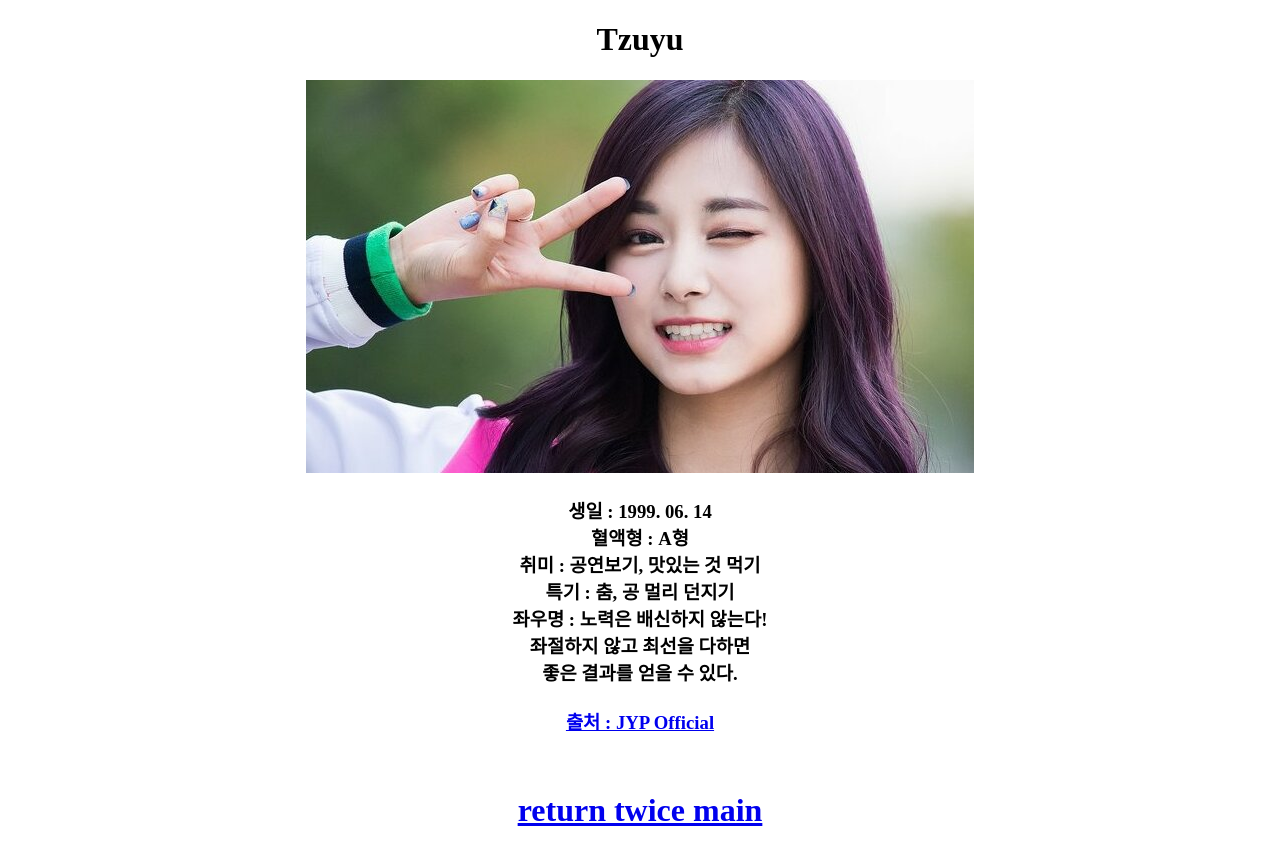
Repository: lbj0314/webTest
Page: Html_2/WebContent/media/tzuyu.html
The author's editor kept a copy of each file at every save. The page is drawn from the files as they stood at one save, then again after the next save.
The browser window is 1280 px wide. The pictures show the whole page.

Above is the page before, as saved 2019-10-15 02:54:24.

### Html_2/WebContent/media/tzuyu.html
<!DOCTYPE html>
<html>
<head>
<meta charset="UTF-8">
<title>Tzuyu</title>
</head>
<body style="margin: 0 auto; width: 700px;">
<h1 align="center">Tzuyu</h1>
<p align="center">
<img src="/Html_2/imgs/tzuyu4.jpg">
<h3 align="center">
생일 : 1999. 06. 14 <br>
혈액형 : A형<br>
취미 : 공연보기, 맛있는 것 먹기<br>
특기 : 춤, 공 멀리 던지기<br>
좌우명 : 노력은 배신하지 않는다!<br>
	      좌절하지 않고 최선을 다하면<br>
	      좋은 결과를 얻을 수 있다.<br><br>
<a href="https://twice.jype.com/images/profile/large/9.jpg">출처 : JYP Official</a></h3><br>

	<h1 align="center"><a href="/Html_2/media/twice.html">return twice main</a></h1>
	</p>
</body>
</html>

After the next save:
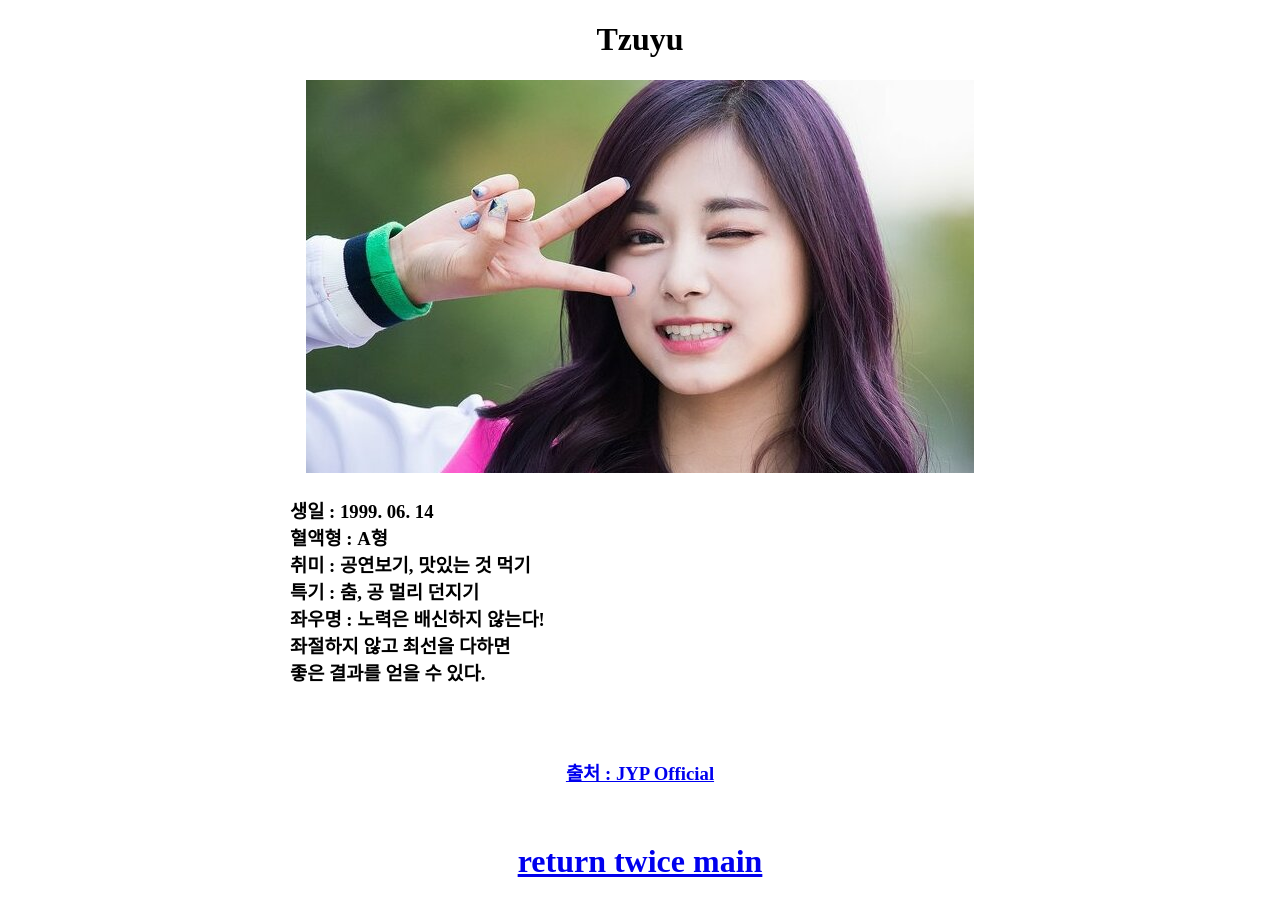
Saved 96 s later.
--- a/Html_2/WebContent/media/tzuyu.html
+++ b/Html_2/WebContent/media/tzuyu.html
@@ -8,17 +8,19 @@
 <h1 align="center">Tzuyu</h1>
 <p align="center">
 <img src="/Html_2/imgs/tzuyu4.jpg">
-<h3 align="center">
+<div>
+<h3>
 생일 : 1999. 06. 14 <br>
 혈액형 : A형<br>
 취미 : 공연보기, 맛있는 것 먹기<br>
 특기 : 춤, 공 멀리 던지기<br>
 좌우명 : 노력은 배신하지 않는다!<br>
 	      좌절하지 않고 최선을 다하면<br>
-	      좋은 결과를 얻을 수 있다.<br><br>
+	      좋은 결과를 얻을 수 있다.</h3></div><br><br>
+	      <h3 align="center">
 <a href="https://twice.jype.com/images/profile/large/9.jpg">출처 : JYP Official</a></h3><br>
+</p>
+	<h1 align="center"><a href="/Html_2/media/twice.html">return twice main</a></h1>
 
-	<h1 align="center"><a href="/Html_2/media/twice.html">return twice main</a></h1>
-	</p>
 </body>
 </html>
